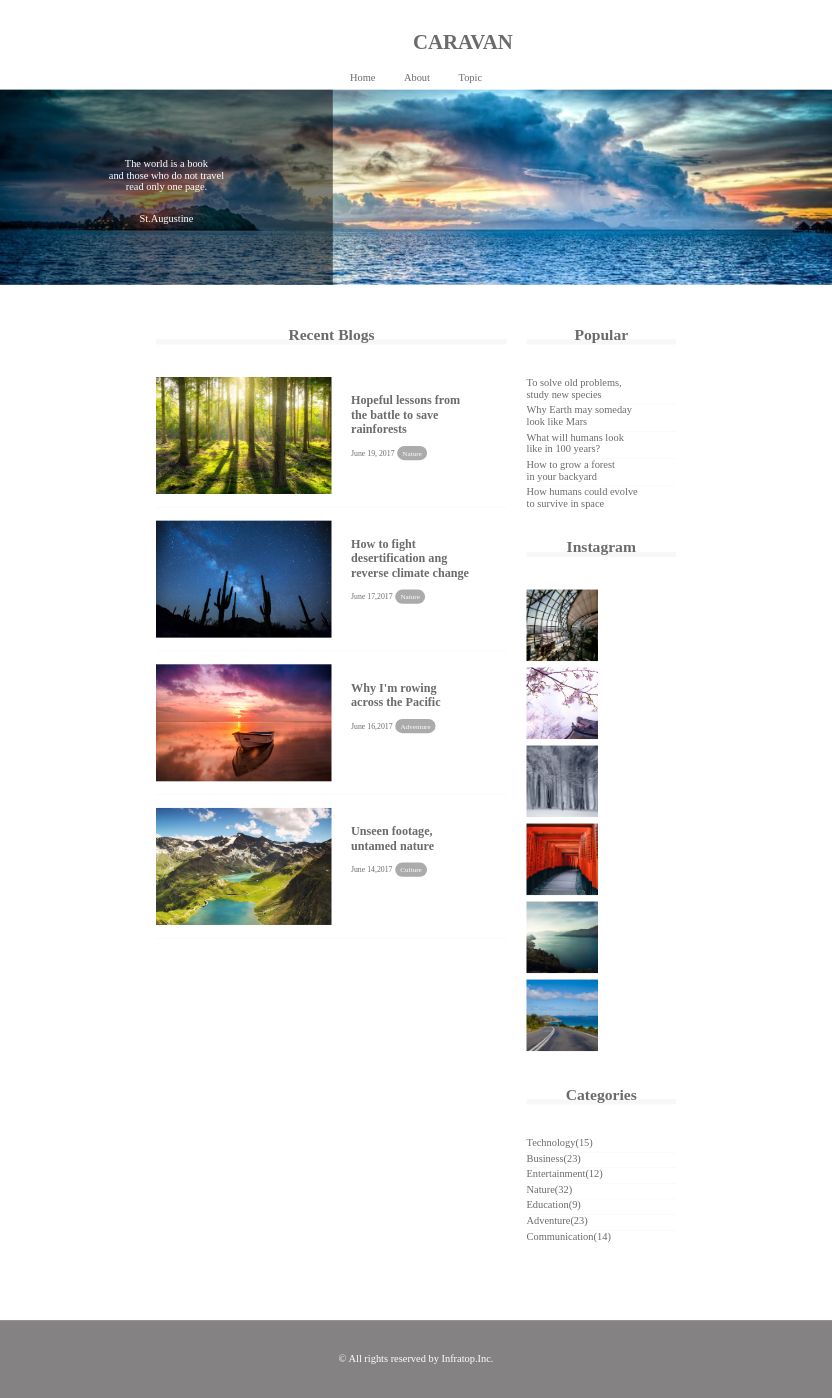
Repository: takanauti/task
Page: caravan/index.html
The author's editor kept a record of every edit. The page is drawn from the files as they stood at one moment, then again after the next edit.
The browser window is 1280 px wide. The pictures show the whole page, at 65% of full size.

Above is the page before.

### caravan/index.html
<!DOCTYPE html>
<html lang="ja">
  <head>
    <meta charset="UTF-8" />
    <!-- CSSファイルの読み込み -->
    <link rel="stylesheet" href="style.css" />
    <title>CARAVAN</title>
  </head>

  <body>
    <!--header-->
    <header>


　　 <h1 class="heading">
　　   <a href="index.html">
　　  CARAVAN
　　  </a>
　　 </h1>
    </header>

    <nav>
     <ul class="nav-list">
       <li class="nav-list-item">
         <a href="index.html">Home</a>
       </li>
       <li class="nav-list-item">About</li>
       <li class="nav-list-item">Topic</li>
     </ul>
    </nav>


        <!-- main-visual用のdiv -->
    <div class="main-visual">
    <div class="main-visual-content">
      <p class="main-visual-text">
        The world is a book<br />
        and those who do not travel<br />
        read only one page.
      </p>
      <p class="main-visual-name">
        St.Augustine
      </p>
    </div>

    </div>

      <!-- main用のdiv -->
   <main>
      <section class="blog">
        <h2 class="blog-heading">Recent Blogs</h2>
        <div class="blog-box">
        <div class="blog-item">
          <img class="blog-image" src="img/forest.jpg"/>
          <section class="blog-text">
            <h3 class="blog-text-heading">
              <a href="single.html">
                Hopeful lessons from<br>
                the battle to save<br>
                rainforests
              </a>
            </h3>
            <p class="blog-date">June 19, 2017</p>
            <span class="category">Nature</span>
          </section>
        </div>
        <div class="blog-item">
        <img class="blog-image" src="img/desert.jpg"/>
        <section class="blog-text">
        <h3 class="blog-text-heading">
        <a href="single.html">
          How to fight <br>
          desertification ang <br>
          reverse climate change
        </a>
        </h3>
        <p class="blog-date">June 17,2017</p>
        <span class="category">Nature</span>
        </section>
        </div>

        <div class="blog-item">
        <img class="blog-image" src="img/sunset.jpg"/>
        <section class="blog-text">
         <h3 class="blog-text-heading">
          <a href="single.html">
            Why I'm rowing <br>
            across the Pacific
          </a>
         </h3>
         <p class="blog-date">June 16,2017</p>
        <span class="category">Adventure</span>
        </section>
        </div>
        <div class="blog-item">
          <img class="blog-image" src="img/italy.jpg"/>
          <section class="blog-text">
          <h3 class="blog-text-heading">
          <a href="single.html">
           Unseen footage,<br>
           untamed nature
          </a>
          </h3>
          <p class="blog-date">June 14,2017</p>
          <span class="category">Culture</span>
          </section>
        </div>
        </div>
        </section>
      <div class="sidebar">
        <section class="popular">
        <h2 class="popular-heading common-heading">Popular</h2>
        <div class="sidebar-contents">
        <p class="popular-text">To solve old problems,<br>study new species</p>
        <p class="popular-text">Why Earth may someday<br>look like Mars</p>
            <p class="popular-text">What will humans look<br>like in 100 years?</p>
            <p class="popular-text">How to grow a forest<br>in your backyard</p>
            <p class="popular-text">How humans could evolve<br>to survive in space</p>


        </div>

        <h2 class="instagram-heading common-heading">Instagram</h2>
        <div class="sidebar-contents">
        <div class="instagram-box"></div>
        <div class="instagram-box"></div>
        <div class="instagram-box"></div>
        <div class="instagram-box"></div>
        <div class="instagram-box"></div>
        <div class="instagram-box"></div>
        </div>
        </section>
        <section class="categories">
        <h2 class="categories-heading common-heading">Categories</h2>
        <div class="sidebar-contents">
          <p class="categories-text">Technology(15)</p>
          <p class="categories-text">Business(23)</p>
          <p class="categories-text">Entertainment(12)</p>
          <p class="categories-text">Nature(32)</p>
          <p class="categories-text">Education(9)</p>
          <p class="categories-text">Adventure(23)</p>
          <p class="categories-text">Communication(14)</p>
        </div>
        </section>
      </div>
    </main>



    <!--footer-->
    <footer>
    <p class="footer-text">© All rights reserved by Infratop.Inc.</p>
    </footer>

    </body>
</html>

### caravan/style.css
/* ブラウザがそれぞれ持っているCSSをリセットするための記述 */
* {
  margin: 0;
  padding: 0;
  box-sizing: border-box;
  color: #6c6b6b;
}

a {
  text-decoration: none;
}

header {
  width: 90%; /* 横幅90% */
  padding: 15px 0;
  margin: 0 auto;
  text-align: center;
}

header .heading {
  /* headerタグ内のheadingクラスにのみ反映される */
  font-size: 32px;
}

.nav-list {
  text-align: center;
  padding: 10px 0;
  margin: 0 auto;
}

.nav-list-item {
  list-style: none;
  display: inline-block;
  margin: 0 20px;
}

.main-visual {
  width: 100%; /* 横幅いっぱい */
  height: 300px; /* 高さ300px */
  background-image: url(img/mv.jpg);
  background-size: cover; /* 縦横比を維持したまま背景領域を埋め尽くす */
  background-position: center; /* 背景画像を中央に配置 */
}

.main-visual-content {
  width: 40%; /* 横幅40% */
  height: 300px; /* 親の高さに揃える */
  background-color: rgba(0, 0, 0, 0.5); /* 背景色を半透明の黒にする */
  text-align: center; /* 文字を中央揃えにする */
  padding-top: 105px; /* 上側の内側余白で垂直方向の位置を調整 */
}

.main-visual-text {
  color: #fff; /* 文字色を白に変更 */
}

.main-visual-name {
  margin-top: 30px; /* 上側の外側の余白 */
  color: #fff; /* 文字色を白に変更 */
}

main{
  width:800px;
  display: flex;
  justify-content:center;
  margin:0 auto;
  padding:70px 0;
}

.blog {
  width:540px;
  margin-right: 30px;
}

.blog-heading{
  border-bottom: 8px solid#f7f7f7;
  text-align: center;
  line-height: 0.6;
}

.blog-box{
  padding-top: 50px;
}

.blog-item{
  padding-bottom: 20px;
  margin-bottom: 20px;
  border-bottom: 1px solid #f7f7f7;
  display: flex;
  justify-content:flex-start;
}

.blog-image{
  height: 180px;
}

.blog-text{
  padding: 25px 0 0 30px;
}

.blog-text-heading{
  padding-bottom: 15px;
}

.blog-date{
  font-size: 12px;
  display: inline-block;
}

.category{
  display: inline-block;
  padding: 5px 8px;
  background-color: #acabab;
  border-radius: 30px;
  color:#fff;
  font-size:11px;
}

.sidebar {
  width: 230px;
}

.common-heading{
  border-bottom: 8px solid #f7f7f7;
  text-align: center;
  line-height: 0.6;
}

.sidebar-contents{
  padding: 50px 0;
}

.popular-text,
.categories-text{
 padding-bottom: 5px;
 border-bottom: 1px solid #f7f7f7;
 maegin-bottom:5px;
}

.popular-text:last-child,
.categories-text:last-child {
  margin: 0;
  padding: 0;
  border: none;
}

.instagram .sidebar-contents {
  display: flex;
  flex-wrap: wrap;
}

.instagram-box {
  width: 110px;
  padding-top: 110px;
  background-size: cover;
  background-position: center;
  margin-bottom: 10px;
}

.instagram-box:nth-child(odd) {
  margin: 0 10px 10px 0;
}

.instagram-box:nth-child(1) {
  background-image: url(img/airport.jpg);
}

.instagram-box:nth-child(2) {
  background-image: url(img/japan.jpg);
}

.instagram-box:nth-child(3) {
  background-image: url(img/snow.jpg);
}

.instagram-box:nth-child(4) {
  background-image: url(img/japan2.jpg);
}

.instagram-box:nth-child(5) {
  background-image: url(img/lake.jpg);
}

.instagram-box:nth-child(6) {
  background-image: url(img/road.jpg);
}

footer {
  width: 100%;
  height: 120px;
  text-align: center;
  line-height: 120px;
  background-color: #848282;
}

.footer-text {
  color: #fff;
}

After the next edit:
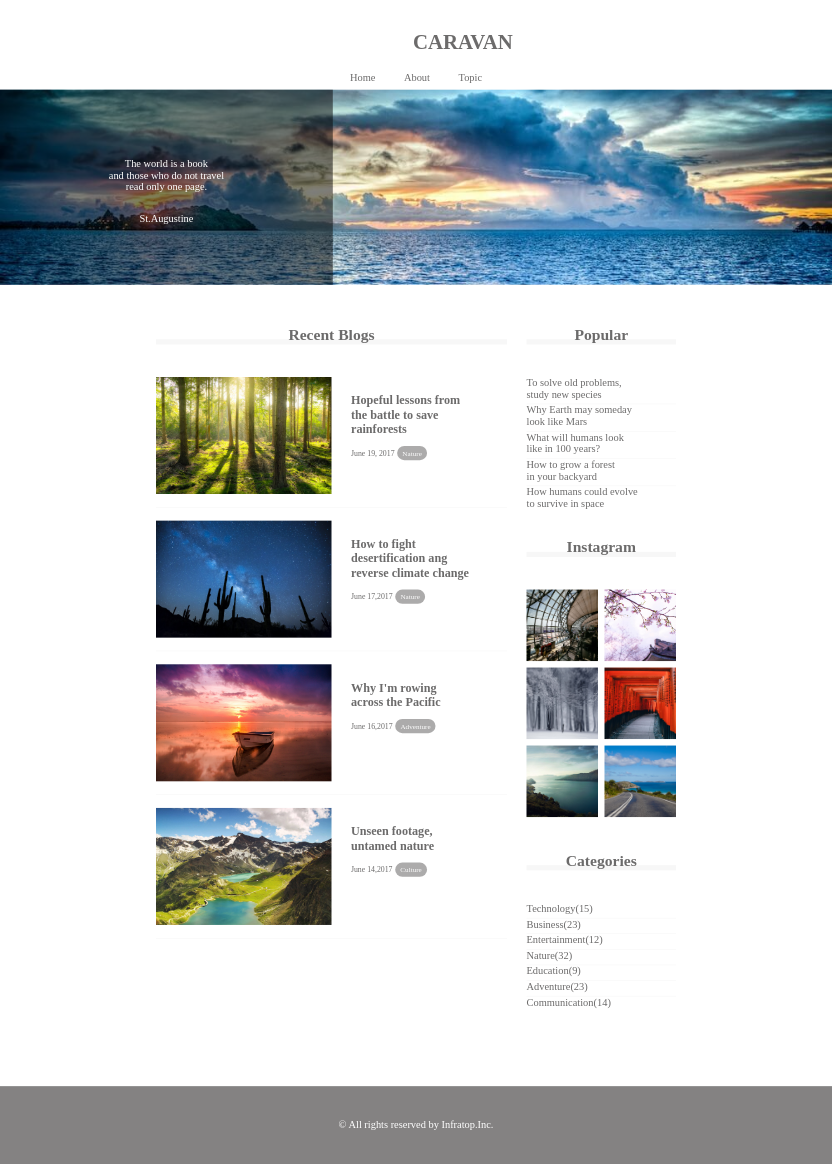
The edit:
--- a/caravan/index.html
+++ b/caravan/index.html
@@ -116,10 +116,10 @@
             <p class="popular-text">What will humans look<br>like in 100 years?</p>
             <p class="popular-text">How to grow a forest<br>in your backyard</p>
             <p class="popular-text">How humans could evolve<br>to survive in space</p>
+        </div>
+        </section>
 
-
-        </div>
-
+        <section class="instagram">
         <h2 class="instagram-heading common-heading">Instagram</h2>
         <div class="sidebar-contents">
         <div class="instagram-box"></div>
